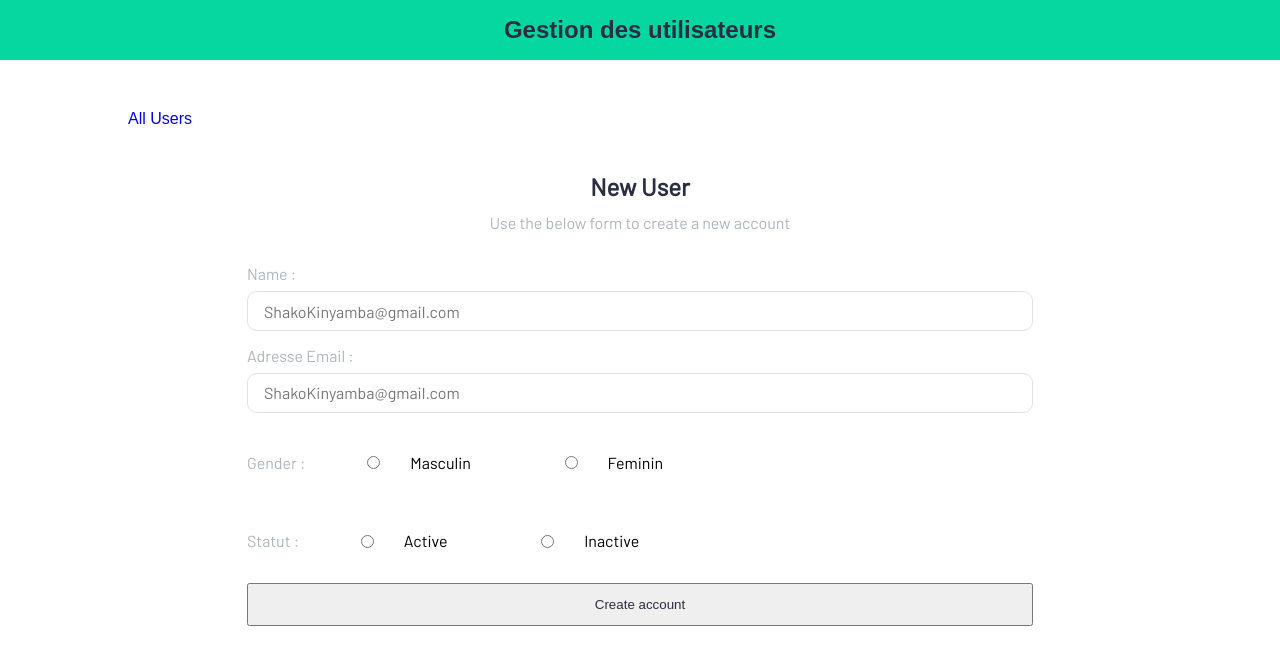
Repository: SKB-TECH/CrudMren
Page: add-user.html
An editor plug-in stored every save of this project. The page is shown before and after the next save, followed by the edit.
The browser window is 1280 px wide. The pictures show the whole page.
Some web fonts or font styles are not loaded; a fallback is used.

Above is the page before, as saved 2022-10-11 14:09:19.

### add-user.html
<!DOCTYPE html>
<html lang="en">

<head>
    <meta charset="UTF-8">
    <meta http-equiv="X-UA-Compatible" content="IE=edge">
    <meta name="viewport" content="width=device-width, initial-scale=1.0">
    <link rel="stylesheet" href="https://cdnjs.cloudflare.com/ajax/libs/font-awesome/6.2.0/css/all.min.css"
        integrity="sha512-xh6O/CkQoPOWDdYTDqeRdPCVd1SpvCA9XXcUnZS2FmJNp1coAFzvtCN9BmamE+4aHK8yyUHUSCcJHgXloTyT2A=="
        crossorigin="anonymous" referrerpolicy="no-referrer" />
    <link rel="stylesheet" href="./assets/css/style.css">
    <title>CRUD APPLICATION</title>
</head>

<body>
    <!-- Header -->
    <header id="header">
        <nav>
            <div class="container">
                <div class="text-center">
                    <a href="/" class="nav-brand text-dark">Gestion des utilisateurs</a>
                </div>
            </div>
        </nav>
    </header>
    <!-- /Header -->
    <!-- Main  -->
    <main id="site-main">
        <div class="container">
            <div class="box-nav d-flex-justify=between ">
                <div class="filteer">
                    <a href="/">All Users</a>
                </div>
            </div>

            <div class="form-title text-center">
                <h2 class="text-dark">New User</h2>
                <span class="text-light">Use the below form to create a new account</span>
            </div>

            <!-- Form handling -->
             <form action="" method="POST" id="update_user">
                <div class="new_user">
                    <!-- nom de l'utilisateur -->
                    <div class="form-group">
                        <label for="name" class="text-light">Name : </label>
                        <input type="hidden" name="id" value="">
                        <input type="text" name="name" placeholder="ShakoKinyamba@gmail.com">
                    </div>
                    <!-- adresse mail -->
                    <div class="form-group">
                        <label for="name" class="text-light">Adresse Email : </label>
                        <input type="text" name="email" placeholder="ShakoKinyamba@gmail.com">
                    </div>
                    <!-- Sexe de l'agent -->
                    <div class="form-group">
                        <label for="name" class="text-light">Gender : </label>
                        <div class="radio inline">
                            <input type="radio" name="gender" value="Masculin" class="radio">
                            <label for="gender" class="radio-label">Masculin</label>
                        </div>

                        <div class="radio inline">
                            <input type="radio" name="gender" value="Feminin" class="radio">
                            <label for="gender" class="radio-label">Feminin</label>
                        </div>
                    </div>

                    <!-- le statut -->
                    <div class="form-group">
                        <label for="name" class="text-light">Statut : </label>
                        <div class="radio inline">
                            <input type="radio" name="statut" value="Active" class="radio">
                            <label for="statut" class="radio-label">Active</label>
                        </div>

                        <div class="radio inline">
                            <input type="radio" name="statut" value="Inactive" class="radio">
                            <label for="statut" class="radio-label">Inactive</label>
                        </div>
                    </div>
                    <!-- fin Statut -->

                    <!-- Submit -->
                    <div class="form-group">
                        <button type="submit" class="btn text-dark update">Create account</button>
                    </div>
                </div>
             </form>
            <!-- /Form handling -->
        </div>
    </main>
    <!-- /Main -->
</body>

</html>

### assets/css/style.css
@import url('https://fonts.googleapis.com/css2?family=Barlow&family=PT+Sans&display=swap');

/* font-family: 'Barlow', sans-serif;
font-family: 'PT Sans', sans-serif; */

:root {
    --dark: #2b2d42;
    --light: #adb5bd;
    --border: #dee2e6;
    --border-btn: #edf2f4
}

* {
    padding: 0;
    margin: 0;
    box-sizing: border-box;
}

a {
    text-decoration: none;
    font-family: 'PT Sans', sans-serif;
}

.container {
    max-width: 1024px;
    margin: auto;
}

.nav-brand {
    font-size: 1.5em;
    font-weight: bold;
}

.d-flex {
    display: flex;
    flex-wrap: wrap;
}

.justify-between {
    justify-content: space-between;
}

.text-center {
    text-align: center;
}

.border-btn {
    border: 1px solid var(--border-btn);
    box-shadow: 1px 3px 10px #e9ecef;
}

.text-dark {
    color: var(--dark);
}

.inline {
    display: inline-block;
}

.text-light {
    color: var(--light)
}

#header nav {
    background-color: #06d6a0;
    padding: 1em 0;
    width: 100%;
}

#site-main {
    margin-top: 3em;
    font-family: 'Barlow', 'Sans-serif';
}

#site-main .container .box-nav>a {
    font-size: 1em;
    padding: 5em 1em;
}

#site-main .container form {
    margin: 2em 0;
}

table {
    border-spacing: 0px;
    width: 100%;
}

.table td,
.table th {
    padding: .75em;
    vertical-align: top;
    text-align: center;
    border-top: 1px solid var(--border);
}

.table td>a.btn {
    padding: 3em 1em;
    font-size: 1.1em;
    margin: 0.2em;
}

.table tr:hover {
    background-color: var(--border);
}

.table td:hover td>a {
    box-shadow: none;
}

.table .thead-dark th {
    color: #fff;
    background-color: var(--dark);
    border-color: #32383e;
}

.form-title {
    margin-top: 2em;
}

.form-title>h2 {
    padding: .5em 0;
}

.new_user {
    max-width: 786px;
    margin: auto;
}

#update_user .form-group,
#add_user .form-group {
    margin: .4em 0;
}

#update_user .form-group input[type="text"],
#add_user .form-group input[type="text"] {
    width: 100%;
    padding: .6em 1em;
    margin: .5em 0;
    border: 1px solid var(--border);
    font-size: 1em;
    font-family: 'Barlow', sans-serif;
    border-radius: .6em;
}

#update_user .form-group .radio,
#add_user .form-group .radio {
    margin: 1em 2em;
}

.radio input[text='radio']+.radio-label:before {
    content: "";
    background: var(--border-btn);
    border-radius: 100%;
    border: 1px solid var(--border);
    display: inline-block;
    width: 1em;
    height: 1em;
    position: relative;
    top: -0em;
    margin-right: .5em;
    vertical-align: top;
    cursor: pointer;
    text-align: center;
    -webkit-transform: all 250ms ease;
    transition: all 250ms ease;
}

.radio input[text='radio']:checked+.radio-label:before {
    background-color: #16db93;
    box-shadow: inset 0 0 0 4px #e9ecef;
}

.radio input[text='radio']:focus+ .radio-label:before {
  outline: none;
  border-color: #16db93;
}

#update_user .form-group .btn,
#add_user .form-group .btn{
    width: 100%;
    padding: .9em;
}

After the next save:
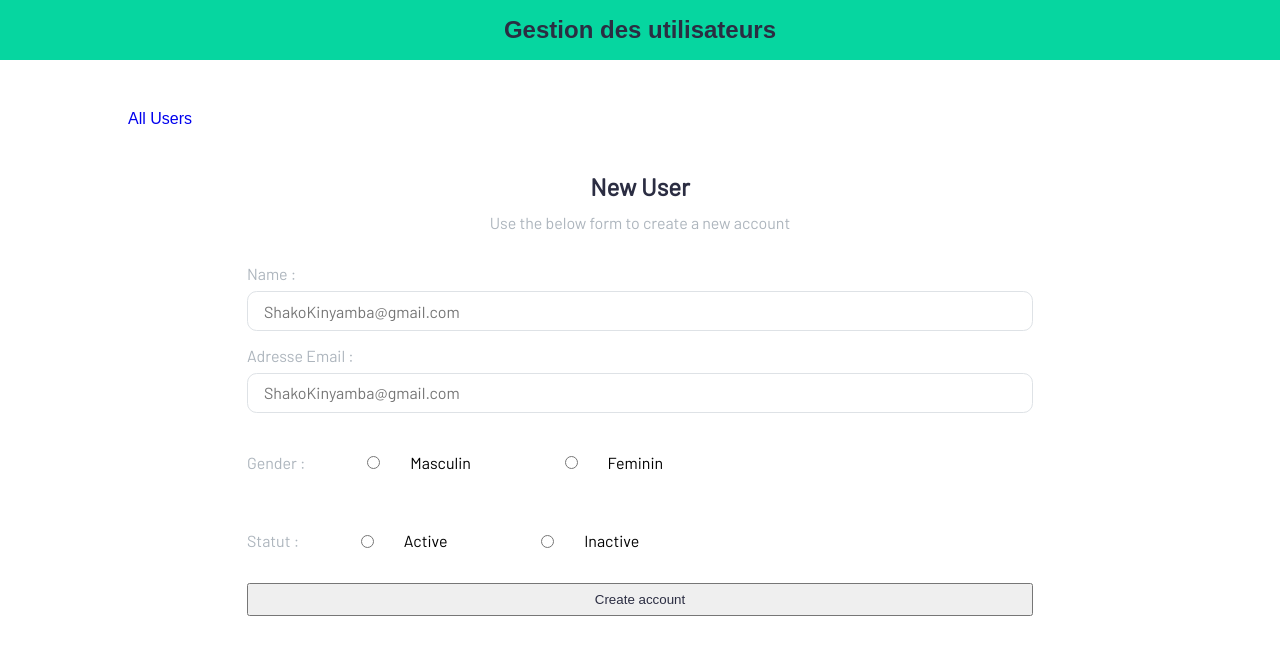
Saved 5 s later.
--- a/assets/css/style.css
+++ b/assets/css/style.css
@@ -179,5 +179,5 @@
 #update_user .form-group .btn,
 #add_user .form-group .btn{
     width: 100%;
-    padding: .9em;
+    padding: .5em;
 }

After the 3 saves that followed:
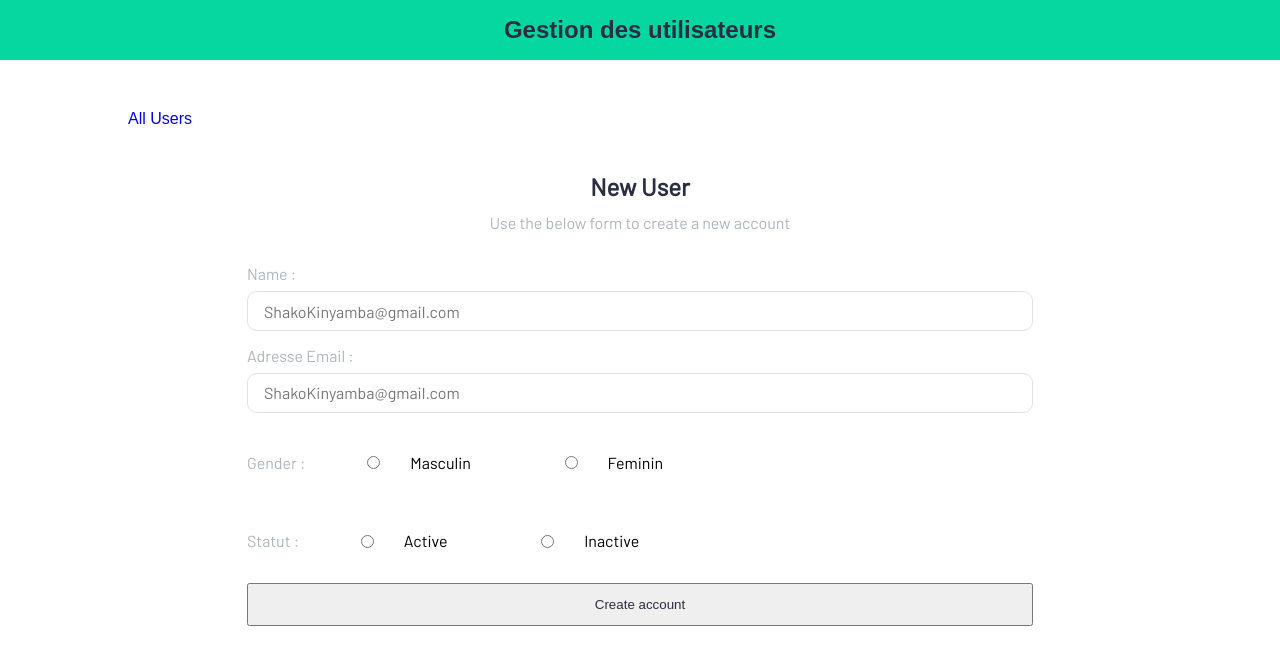
The 3 saves are shown as one change because they came seconds apart.
The last was saved 13 s later.
--- a/assets/css/style.css
+++ b/assets/css/style.css
@@ -179,5 +179,5 @@
 #update_user .form-group .btn,
 #add_user .form-group .btn{
     width: 100%;
-    padding: .5em;
+    padding: .9em;
 }
